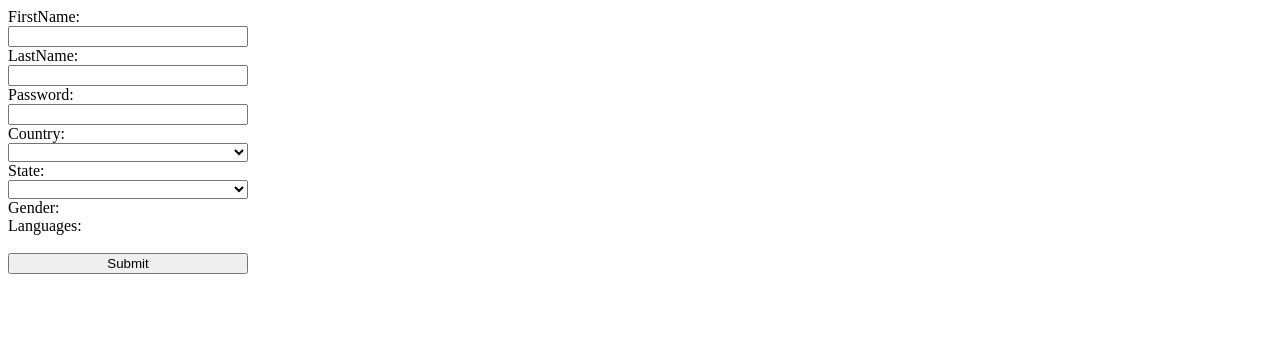
Repository: Vijay-aura/Wicket
Page: wicket-practice/src/main/java/com/form/InputFieldsPage.html
The author's editor kept a copy of each file at every save. The page is drawn from the files as they stood at one save, then again after the next save.
The browser window is 1280 px wide. The pictures show the whole page.

Above is the page before, as saved 2024-03-05 07:28:52.

After the next save:
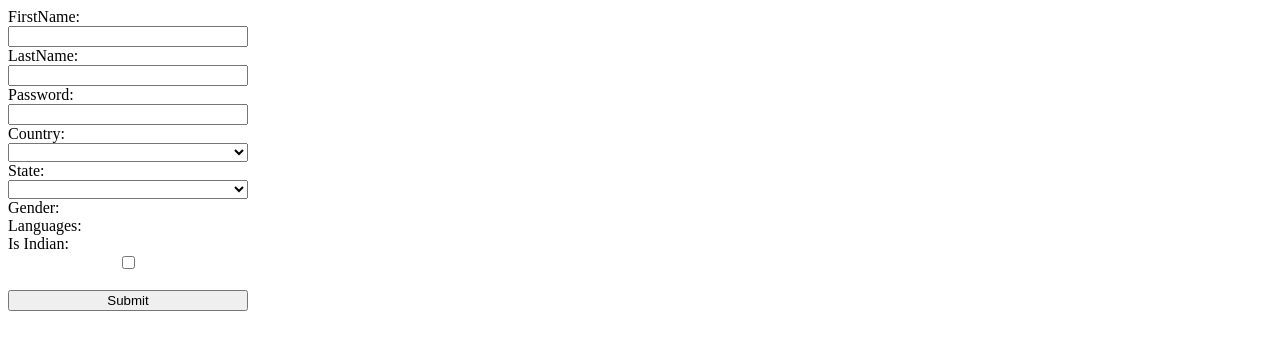
Saved 38 s later.
--- a/wicket-practice/src/main/java/com/form/InputFieldsPage.html
+++ b/wicket-practice/src/main/java/com/form/InputFieldsPage.html
@@ -23,6 +23,7 @@
 		State: <select wicket:id="state"></select>
 		Gender: <span wicket:id="gender"></span>
 		Languages: <span wicket:id="languages"></span>
+		Is Indian: <input type="checkbox" wicket:id="isIndian">
 		<br><button wicket:id="button">Submit</button>
 	</form>
 	<div wicket:id="detailsContainer">
